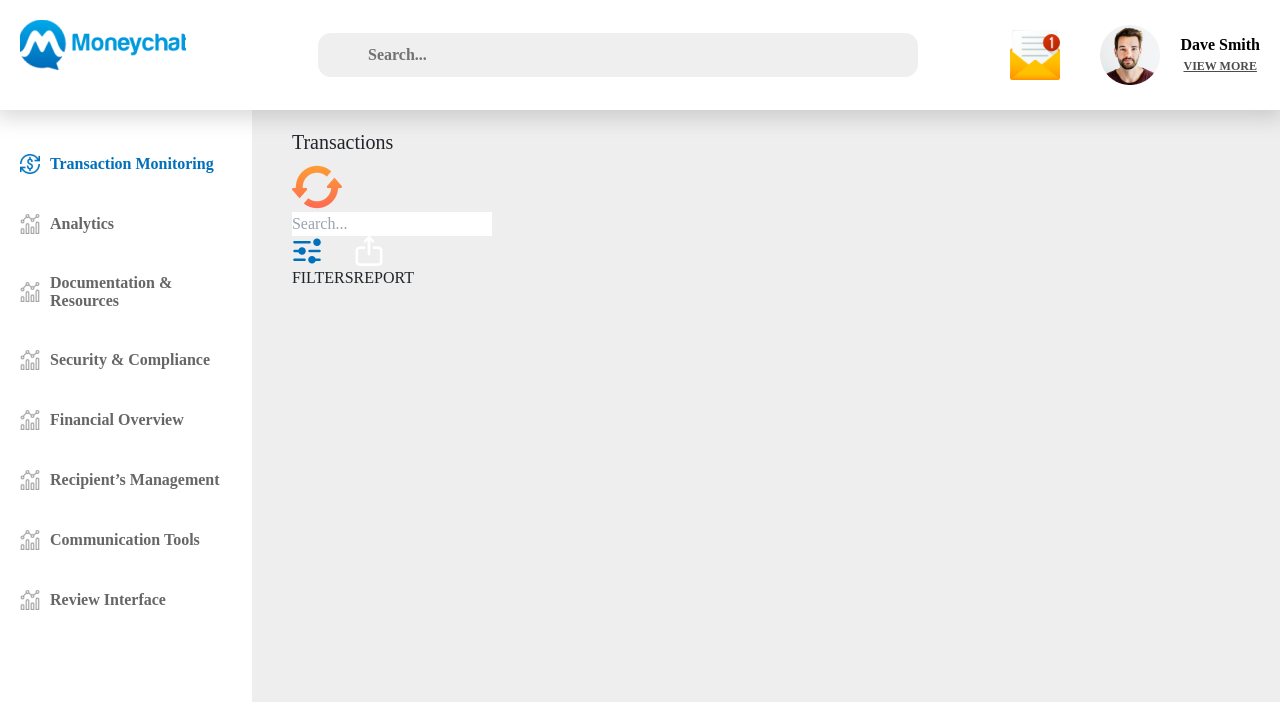
Repository: FlyweisReact/Money-Chat
Page: /transaction
An editor plug-in stored every save of this project. The page is shown before and after the next save, followed by the edit.
The browser window is 1280 px wide. The pictures show the whole page.
The project was rebuilt for these pictures with package versions that can differ from the ones it lists, and the page was loaded fresh each time. Also part of the build but not shown: src/forms/ForgetPassword.js, src/forms/Login.jsx, src/forms/NeedHelp.js, src/forms/Regestration.js, src/forms/Verify.js.

Above is the page before, as saved 2023-11-30 15:30:47.

### src/index.js
import React from "react";
import ReactDOM from "react-dom/client";
import "./index.css";
import App from "./App";
import { BrowserRouter } from "react-router-dom";
import 'bootstrap/dist/css/bootstrap.min.css'
// Commit Changes
const root = ReactDOM.createRoot(document.getElementById("root"));
root.render(
  <React.StrictMode>
    <BrowserRouter>
      <App />
    </BrowserRouter>
  </React.StrictMode>
);

### src/CSS/style.css
/** @format */

.Login_screen {
  background: linear-gradient(
      0deg,
      rgba(238, 238, 238, 0.2) 0%,
      rgba(238, 238, 238, 0.2) 100%
    ),
    #fff;
  display: flex;
  flex-direction: column;
  justify-content: center;
  align-items: center;
  width: 100%;
  height: 100vh;
}
.Login_screen .Login_Container {
  max-width: 667px;
  max-height: 785px;
  width: 100%;
  height: 100%;
  border-radius: 13px;
  background: #fff;
  box-shadow: 0px 10px 30px 3px rgba(0, 0, 0, 0.15);
  padding: 20px;
  padding-bottom: 50px;
}
.Login_screen .Login_Container .logo {
  display: block;
  margin: auto;
  width: 166px;
  margin-top: 40px;
}
.Login_screen .Login_Container .description {
  margin-top: 40px;
}
.Login_screen .Login_Container .description h6 {
  color: #000;
  text-align: center;
  font-size: 32px;
  font-style: normal;
  font-weight: 700;
  line-height: normal;
}

.Login_screen .Login_Container .description p {
  color: rgba(0, 0, 0, 0.7);
  text-align: center;
  font-size: 20px;
  font-style: normal;
  font-weight: 400;
  line-height: normal;
}

.Login_Container .input_container {
  margin-bottom: 50px;
}
.Login_Container .input_container.special {
  max-height: 300px;
  padding-bottom: 50px;
  overflow-y: scroll;
}
.Login_Container .input_group {
  display: flex;
  gap: 10px;
  align-items: center;
  border-radius: 13px;
  background: rgba(238, 238, 238, 0.2);
  box-shadow: 0px 6px 20px 2px rgba(0, 0, 0, 0.15);
  padding: 15px;
  width: 80%;
  margin: auto;
}
.Login_Container .input_group img {
  width: 20px;
}
.Login_Container .input_group input {
  outline: none;
  border: none;
  color: #0070bc;
  font-size: 16px;
  font-style: normal;
  font-weight: 500;
  line-height: normal;
  font-weight: 600;
  width: 80%;
}
.Login_Container .input_group input.without_color {
  color: rgba(0, 0, 0, 0.7);
}
.Login_Container .input_group input.without_color::placeholder {
  color: rgba(0, 0, 0, 0.7);
}
.Login_Container .input_group input::placeholder {
  color: #0070bc;
  font-weight: 600;
}

.Login_Container .login_btn {
  max-width: 250px;
  width: 100%;
  display: block;
  margin: auto;
  margin-top: 40px;
  color: #fff;
  text-align: center;
  font-size: 18px;
  font-style: normal;
  font-weight: 600;
  line-height: normal;
  border-radius: 10px;
  background: linear-gradient(180deg, #fea82f 0%, #fd575b 100%);
  padding: 15px;
}

.Login_Container .create_new {
  display: flex;
  justify-content: center;
  gap: 20px;
  align-items: center;
  margin-top: 50px;
}

.Login_Container .create_new .item {
  display: flex;
  gap: 10px;
  align-items: center;
  width: 300px;
  justify-content: center;
}
.Login_Container .create_new .item img {
  width: 20px;
}
.Login_Container .create_new .item span {
  color: rgba(0, 0, 0, 0.7);
  text-align: center;
  font-size: 16px;
  font-style: normal;
  font-weight: 600;
  line-height: normal;
}

.Login_Container .create_new .item:first-child {
  border-right: 2px solid #000;
  padding-right: 10px;
}

.Login_Container a {
  text-decoration: none;
}

.Login_Container .button_container {
  display: flex;
  justify-content: space-between;
  align-items: center;
  gap: 20px;
}
.Login_Container .button_container button {
  max-width: 250px;
  width: 100%;
  display: block;
  margin: auto;
  color: #fff;
  text-align: center;
  font-size: 18px;
  font-style: normal;
  font-weight: 600;
  line-height: normal;
  border-radius: 10px;
  background: linear-gradient(180deg, #fea82f 0%, #fd575b 100%);
  padding: 15px;
}

.Login_Container .button_container .cancel {
  max-width: 250px;
  width: 100%;
  display: flex;
  gap: 10px;
  align-items: center;
}
.Login_Container .button_container .cancel a {
  font-size: 18px;
  font-style: normal;
  font-weight: 700;
  line-height: normal;
  text-decoration-line: underline;
  background: linear-gradient(180deg, #fea82f 0%, #fd575b 100%);
  background-clip: text;
  -webkit-background-clip: text;
  -webkit-text-fill-color: transparent;
}
.Login_Container .button_container .cancel img {
  width: 30px;
}

.Login_Container .progress_bar {
  border-radius: 10px;
  background: rgba(196, 196, 196, 0.4);
  width: 100%;
  height: 16px;
  margin-top: 40px;
}

.Login_Container .progress_bar .colored {
  width: 33%;
  border-radius: 10px;
  background: linear-gradient(90deg, #fea82f 0%, #fd575b 100%);
  height: 100%;
}
.Login_Container .progress_bar .second_stage {
  width: 80%;
  border-radius: 10px;
  background: linear-gradient(90deg, #fea82f 0%, #fd575b 100%);
  height: 100%;
}

.Login_Container .input_container .heading {
  color: #0070bc;
  font-size: 20px;
  font-style: normal;
  font-weight: 700;
  line-height: normal;
  padding: 20px;
  padding-bottom: 0;
  margin-top: 20px;
}

.Login_Container .whole_button_container {
  border-radius: 13px;
  background: rgba(238, 238, 238, 0.2);
  box-shadow: 0px 6px 20px 2px rgba(0, 0, 0, 0.15);
  width: 90%;
  margin: auto;
  display: flex;
  align-items: center;
  justify-content: space-between;
  padding-left: 20px;
  padding-right: 20px;
  padding: 10px;
  margin-top: 10px;
}

.Login_Container .whole_button_container p {
  margin: 0;
  color: rgba(0, 0, 0, 0.7);
  font-size: 16px;
  font-style: normal;
  font-weight: 600;
  line-height: normal;
}

.Login_Container .whole_button_container button {
  border-radius: 13px;
  background: rgba(0, 170, 234, 0.5);
  width: 200px;
  padding: 10px;
  color: #fff;
  text-align: center;
  font-size: 16px;
  font-style: normal;
  font-weight: 600;
  line-height: normal;
  display: flex;
  justify-content: center;
  align-items: center;
  gap: 20px;
}

.Login_Container .whole_button_container button.img {
  width: 20px;
}

.verify {
  background: #f0f6f5;
  width: 100%;
  height: 100vh;
}
.verify img {
  width: 800px;
  display: block;
  margin: auto;
}
.verify .colored {
  color: rgba(0, 0, 0, 0.7);
  text-align: center;
  font-size: 32px;
  font-style: normal;
  font-weight: 500;
  line-height: normal;
}
.verify p {
  color: rgba(0, 0, 0, 0.6);
  text-align: center;
  font-size: 24px;
  font-style: normal;
  font-weight: 400;
  line-height: normal;
}

.Login_Container .Drop_Links {
  padding: 20px;
}

.Login_Container .Drop_Links div {
  border-bottom: 1px solid rgba(0, 0, 0, 0.6);
  padding: 20px;
  display: flex;
  justify-content: space-between;
  align-items: center;
  cursor: pointer;
  margin-top: 20px;
}
.Login_Container .Drop_Links div span {
  color: rgba(0, 0, 0, 0.6);
  font-size: 16px;
  font-style: normal;
  font-weight: 600;
  line-height: normal;
}
.Login_Container .Drop_Links div i {
  font-size: 18px;
  color: #fea82f;
}

/* Navbar */
.Navbar {
  background: #fff;
  box-shadow: 0px 4px 20px 4px rgba(0, 0, 0, 0.15);
  display: flex;
  justify-content: space-between;
  align-items: center;
  gap: 20px;
  padding: 20px;
  width: 100%;
  position: relative;
  z-index: 2;
}
.Navbar .logo {
  width: 206px;
}

.Navbar .search_bar {
  border-radius: 13px;
  background: rgba(238, 238, 238, 0.93);
  max-width: 600px;
  width: 100%;
  padding: 10px;
  display: flex;
  gap: 20px;
  align-items: center;
  padding-left: 30px;
}

.Navbar .search_bar input {
  background-color: transparent;
  outline: none;
  width: 90%;
  font-size: 16px;
  font-weight: 600;
}

.Navbar .search_bar input::placeholder {
  color: rgba(30, 30, 30, 0.6);
  font-weight: 600;
}

.Navbar .side_div {
  display: flex;
  align-items: center;
  gap: 20px;
  justify-content: space-between;
  max-width: 250px;
  width: 100%;
}

.Navbar .side_div .notify {
  max-width: 50px;
  width: 100%;
}
.Navbar .side_div .content {
  display: flex;
  align-items: center;
  gap: 20px;
}
.Navbar .side_div .content div {
  display: flex;
  flex-direction: column;
  gap: 5px;
  justify-content: center;
  align-items: center;
}
.Navbar .side_div .content div p {
  margin: 0;
  color: #000;
  font-size: 16px;
  font-style: normal;
  font-weight: 600;
  line-height: normal;
}

.Navbar .side_div .content div a {
  color: rgba(0, 0, 0, 0.7);
  font-size: 12px;
  font-style: normal;
  font-weight: 600;
  text-decoration: underline;
  line-height: normal;
}

/* ---- */
.component_style {
  display: flex;
  gap: 20px;
  background: #eee;
}
.sidebar {
  background-color: #fff;
  width: 20%;
}

.sidebar ul {
  display: flex;
  gap: 40px;
  flex-direction: column;
  padding: 20px;
}
.sidebar ul li {
  display: flex;
  align-items: center;
  gap: 10px;
}
.sidebar ul li span.link {
  color: rgba(0, 0, 0, 0.6);
  font-size: 16px;
  font-style: normal;
  font-weight: 600;
  line-height: normal;
}

.sidebar ul li img {
  width: 20px;
}
.sidebar ul a {
  text-decoration: none;
}
.sidebar ul a.active li span.link {
  color: #0070bc;
}

.child_component {
  width: 80%;
  padding: 20px;
  height: 100%;
}


/* ------ */
.Heading_all{

}

### src/layout/HOC.jsx
/** @format */

import React, { useState } from "react";
import Navbar from "./Navbar";
import Sidebar from "./Sidebar";

const HOC = (Wcomponenet) => {
  return function Component() {
    const [hamb, setHamb] = useState(false);
    return (
      <>
        <div style={{ backgroundColor: "#f2f3f8" }}>
          <Navbar hamb={hamb} setHamb={setHamb} />
        </div>

        <section className="component_style">
          <Sidebar hamb={hamb} setHamb={setHamb} />
          <div
            className="h-[87%] child_component"
            style={{ overflowY: "auto" }}
          >
            {" "}
            <Wcomponenet />
          </div>
        </section>
      </>
    );
  };
};

export default HOC;

### src/layout/Navbar.jsx
/** @format */
import logo from "../Images/logo.png";

const Navbar = () => {
  return (
    <>
      <div className="Navbar">
        <div className="logo">
          <img src={logo} alt="" />
        </div>

        <div className="search_bar">
          <i className="fa-solid fa-magnifying-glass"></i>
          <input type="search" placeholder="Search..." />
        </div>

        <div className="side_div">
          <img src="./Image/13.png" alt="" className="notify" />

          <div className="content">
            <img src="./Image/12.png" alt="" />
            <div>
              <p className="head">Dave Smith</p>
              <a>VIEW MORE </a>
            </div>
          </div>

        </div>


      </div>
    </>
  );
};

export default Navbar;

### src/layout/Sidebar.jsx
/** @format */

import React from "react";
import { Link, useLocation, useNavigate } from "react-router-dom";
import { toast } from "react-toastify";

const Sidebar = () => {
  const navigate = useNavigate();
  const location = useLocation();

  const nav = [
    {
      img: "./Image/14.svg",
      activeImg: "./Image/Monitoring.svg",
      link: "/transaction",
      name: "Transaction Monitoring",
    },
    {
      img: "./Image/Analytics.svg",
      activeImg: "./Image/Analyticsactive.svg",
      link: "/Product",
      name: "Analytics ",
    },

    {
      img: "./Image/Analytics.svg",
      activeImg: "./Image/Analyticsactive.svg",
      link: "/service",
      name: "Documentation & Resources",
    },
    {
      img: "./Image/Analytics.svg",
      activeImg: "./Image/Analyticsactive.svg",
      link: "/gallery",
      name: "Security & Compliance",
    },
    {
      img: "./Image/Analytics.svg",
      activeImg: "./Image/Analyticsactive.svg",
      link: "/getblog",
      name: "Financial Overview",
    },
    {
      img: "./Image/Analytics.svg",
      activeImg: "./Image/Analyticsactive.svg",
      link: "/privacy-policy",
      name: "Recipient’s Management",
    },
    {
      img: "./Image/Analytics.svg",
      activeImg: "./Image/Analyticsactive.svg",
      link: "/terms",
      name: "Communication Tools",
    },
    {
      img: "./Image/Analytics.svg",
      activeImg: "./Image/Analyticsactive.svg",
      link: "/brand",
      name: "Review Interface",
    },
  ];

  const logOut = () => {
    localStorage.clear();
    navigate("/");
    toast.success("Logged Out");
  };

  function ImgFinder(i) {
    if (i.link === location.pathname) {
      return i.activeImg;
    } else {
      return i.img;
    }
  }

  return (
    <>
      <aside className="sidebar">
        <nav className="py-6">
          <ul>
            {nav.map((nav) => {
              return (
                <Link
                  to={nav.link}
                  key={nav.name}
                  className={`Links ${
                    nav.link === location.pathname ? "active" : ""
                  }`}
                >
                  <li>
                    <img src={ImgFinder(nav)} alt="" />
                    <span className="link"> {nav.name}</span>
                  </li>
                </Link>
              );
            })}
          </ul>

          <span
            className="flex my-3 items-center cursor-pointer text-gray-900    tracking-wider p-2 rounded-sm"
            onClick={() => logOut()}
            style={{ color: "#FFF", textTransform: "uppercase" }}
          ></span>
        </nav>
      </aside>
    </>
  );
};

export default Sidebar;

Loaded but not shown: tailwind.config.js (common file); src/App.js (46 lines, source omitted); src/pages/Transaction/Transaction.js (35 lines, source omitted); src/index.css (919 lines, source omitted)

After the next save:
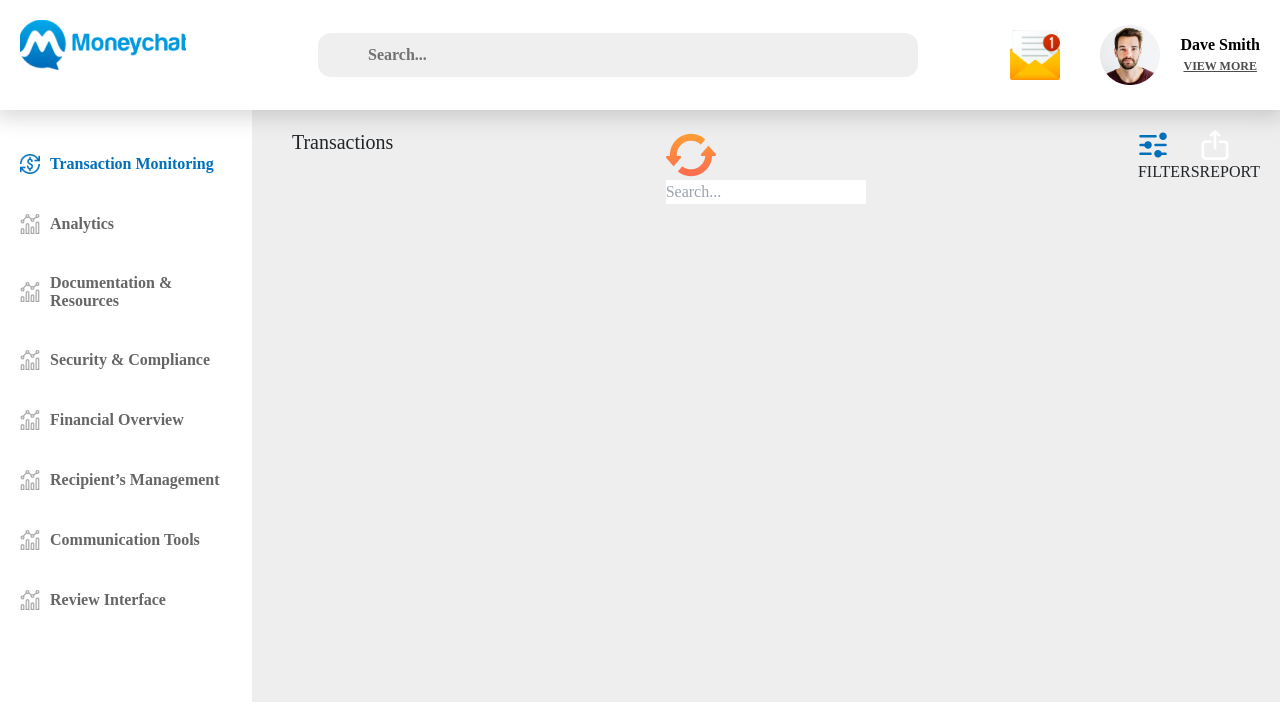
Saved 6 s later.
--- a/src/CSS/style.css
+++ b/src/CSS/style.css
@@ -456,5 +456,6 @@
 
 /* ------ */
 .Heading_all{
-
-}
+  display: flex;
+  justify-content: space-between;
+}
